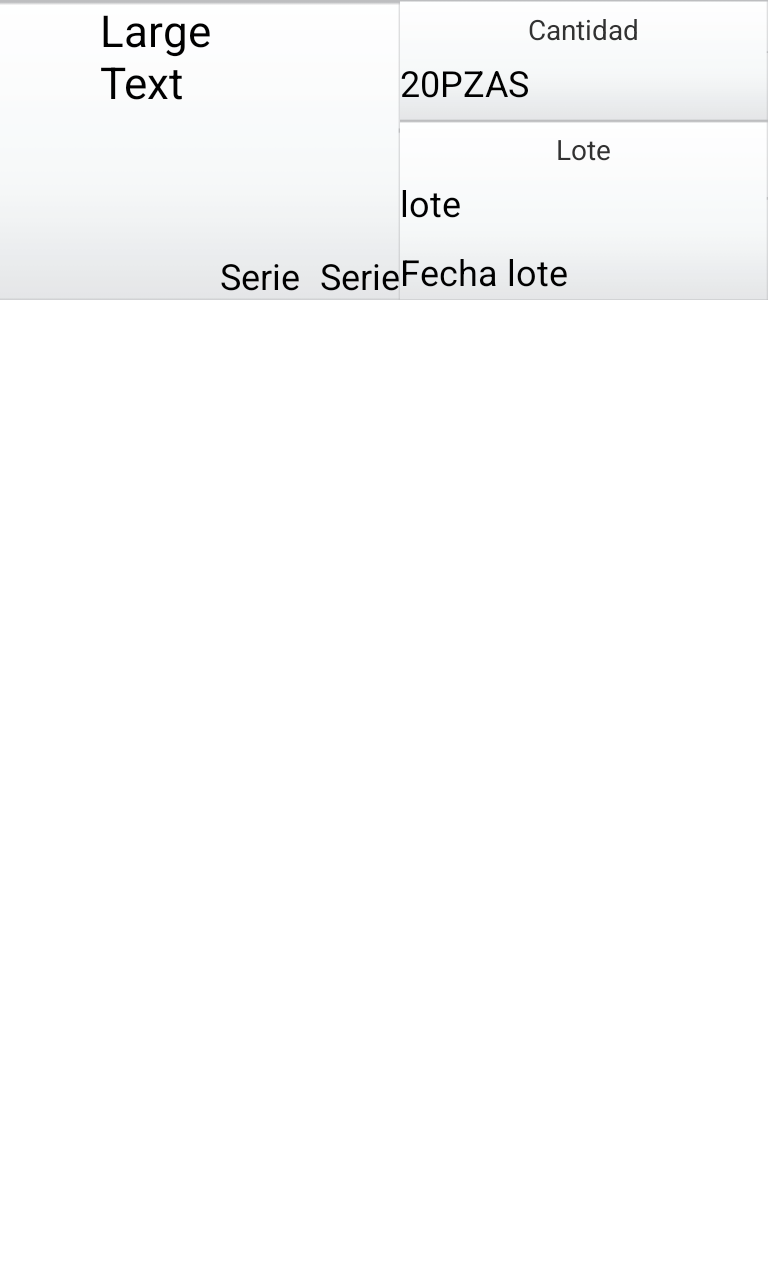
Repository: moynard/PeanutAndroid
Layout: WHSStorekeeper/res/layout/detail_arrivados.xml
These files come from the project's save history. The layout is drawn as it stood at one moment and after the next save; the edit follows.
It is drawn on a 768 x 1280 px phone screen (xhdpi) without system bars, with theme AppTheme; the app's code is not run.

Above is the layout before, as saved 2013-07-25 00:21:45.

### WHSStorekeeper/res/layout/detail_arrivados.xml
<?xml version="1.0" encoding="utf-8"?>
<RelativeLayout xmlns:android="http://schemas.android.com/apk/res/android"
    android:layout_width="match_parent"
    android:layout_height="match_parent"
    android:orientation="vertical" >

    <RelativeLayout
       android:id="@+id/layoutProducto"
        android:layout_width="200dp"
        android:layout_height="150dp"
        android:layout_alignParentLeft="true"
        android:layout_alignParentTop="true"
        android:background="@drawable/bgproducto"
         >

        <TextView
            android:id="@+id/txtProducto"
            android:layout_width="100dp"
            android:layout_height="wrap_content"
            android:layout_below="@+id/lblProducto"
            android:layout_centerHorizontal="true"
            android:lines="4"

            android:text="Large Text"
            android:textAppearance="?android:attr/textAppearanceLarge" />

                <TextView
                    android:id="@+id/txtSerie"
                    android:layout_width="wrap_content"
                    android:layout_height="wrap_content"
                    android:layout_alignParentBottom="true"
                    android:layout_alignParentRight="true"
                    android:text="Serie"
                    android:textAppearance="?android:attr/textAppearanceMedium" />

                <TextView
                    android:id="@+id/lblserie"
                    android:layout_width="wrap_content"
                    android:layout_height="wrap_content"
                    android:layout_alignParentBottom="true"
                    android:layout_alignRight="@+id/txtProducto"
                    android:text="Serie"
                    android:textAppearance="?android:attr/textAppearanceMedium" />

    </RelativeLayout>
    <RelativeLayout
        android:id="@+id/layoutCantidad"
        android:layout_toRightOf="@+id/layoutProducto"
        android:layout_width="fill_parent"
        android:layout_height="60dp"

        android:background="@drawable/bgproducto"
         >
         <TextView
                android:id="@+id/lblCantidad"
                android:layout_width="wrap_content"
                android:layout_height="wrap_content"
                android:layout_alignParentTop="true"
                android:layout_centerHorizontal="true"
                android:layout_marginTop="5dp"
                android:text="Cantidad"
                android:textAppearance="?android:attr/textAppearanceSmall" />
            <TextView
                android:id="@+id/txtCantidad"
                android:layout_width="wrap_content"
                android:layout_height="wrap_content"
                android:layout_below="@+id/lblCantidad"
                android:layout_marginTop="5dp"
                android:text="20"
                android:textAppearance="?android:attr/textAppearanceMedium" />
            <TextView
                android:id="@+id/txtUnidad"
                android:layout_width="wrap_content"
                android:layout_height="wrap_content"
                android:layout_below="@+id/lblCantidad"
                android:layout_toRightOf="@+id/txtCantidad"
                android:layout_marginTop="5dp"
                android:text="PZAS"
                android:textAppearance="?android:attr/textAppearanceMedium" />


    </RelativeLayout>
    <RelativeLayout
        android:id="@+id/layoutLote"
        android:layout_toRightOf="@+id/layoutProducto"
        android:layout_below="@+id/layoutCantidad"
        android:layout_width="fill_parent"
        android:layout_height="90dp"
        android:background="@drawable/bgproducto"
         >
            <TextView
                android:id="@+id/lbLote"
                android:layout_width="wrap_content"
                android:layout_height="wrap_content"
                android:layout_alignParentTop="true"
                android:layout_centerHorizontal="true"
                android:layout_marginTop="5dp"
                android:text="Lote"
                android:textAppearance="?android:attr/textAppearanceSmall" />
            <TextView
                android:id="@+id/txtlote"
                android:layout_width="wrap_content"
                android:layout_height="wrap_content"
                android:layout_below="@+id/lbLote"
                android:layout_marginTop="5dp"

                android:text="lote"
                android:textAppearance="?android:attr/textAppearanceMedium" />
             <TextView
                android:id="@+id/txtFecalote"
                android:layout_width="wrap_content"
                android:layout_height="wrap_content"
                android:layout_below="@+id/txtlote"
                android:layout_marginTop="10dp"
                android:text="Fecha lote"
                android:textAppearance="?android:attr/textAppearanceMedium" />

    </RelativeLayout>

</RelativeLayout>

Loaded but not shown: WHSStorekeeper/res/values/styles.xml (common file); WHSStorekeeper/res/values-v11/styles.xml (common file); WHSStorekeeper/res/values-v14/styles.xml (common file)

After the next save:
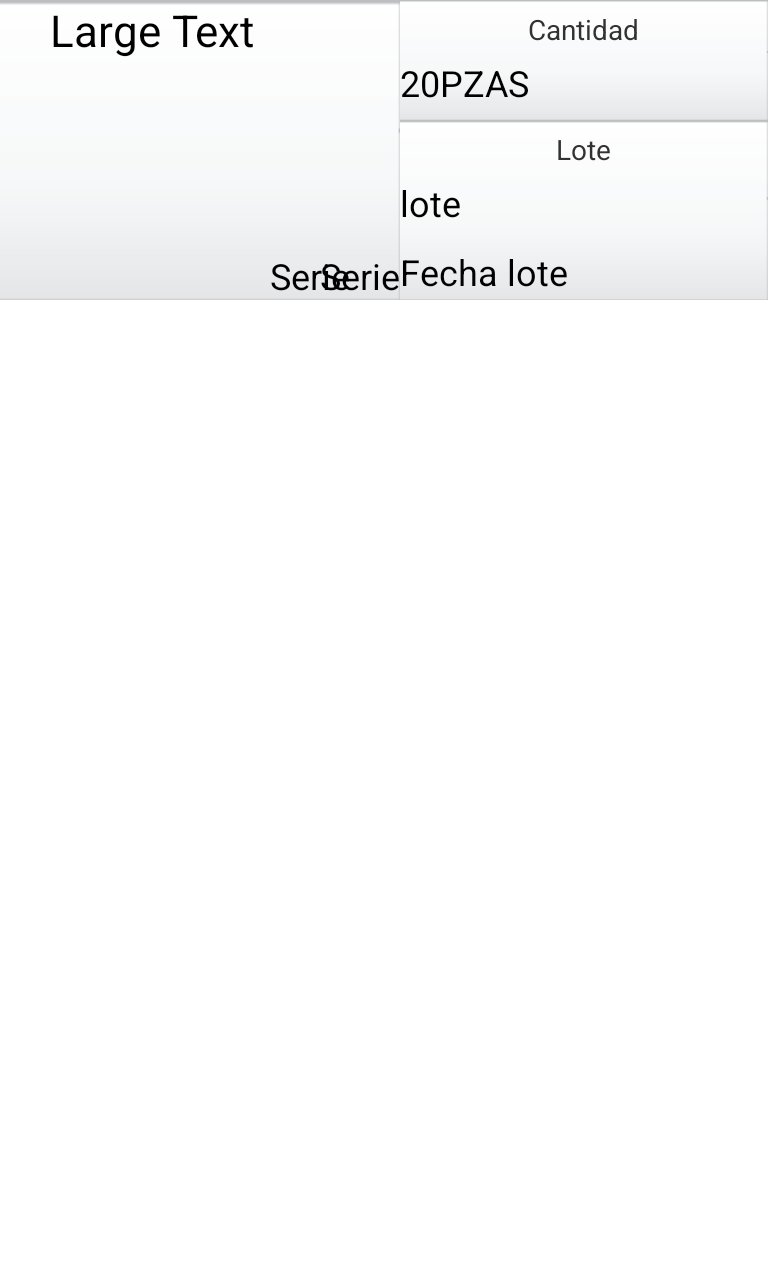
Saved 22 s later.
--- a/WHSStorekeeper/res/layout/detail_arrivados.xml
+++ b/WHSStorekeeper/res/layout/detail_arrivados.xml
@@ -15,7 +15,7 @@
 
         <TextView
             android:id="@+id/txtProducto"
-            android:layout_width="100dp"
+            android:layout_width="150dp"
             android:layout_height="wrap_content"
             android:layout_below="@+id/lblProducto"
             android:layout_centerHorizontal="true"
